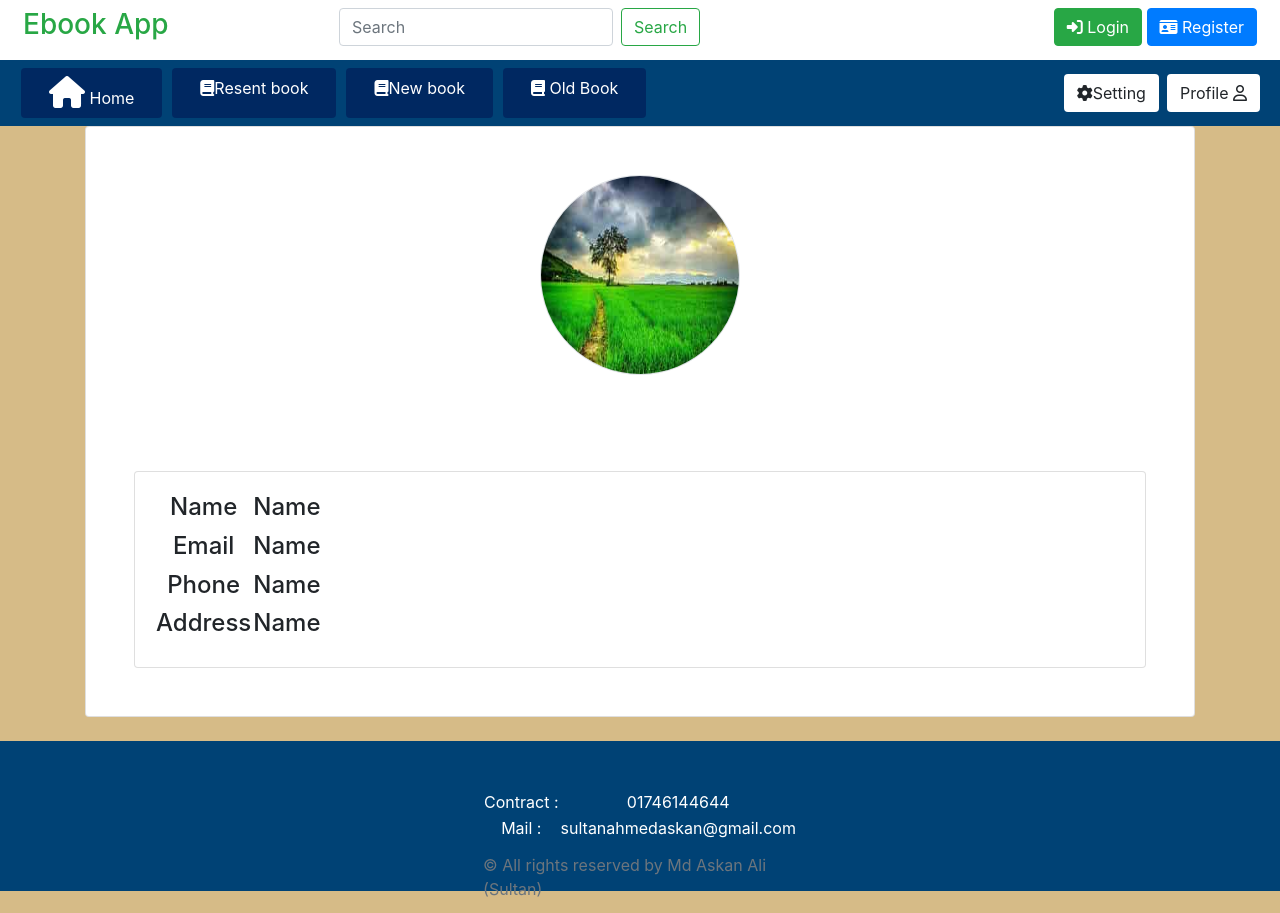
Repository: sultanaskan/EbookApp
Page: http://localhost/ebook/profile.jsp
An editor plug-in stored every save of this project. The page is shown before and after the next save, followed by the edit.
The browser window is 1280 px wide. The pictures show the whole page.
The page is served by Tomcat 9. Other server files are loaded and not shown.

Above is the page before, as saved 2024-05-06 08:10:05.

### ebook/src/main/webapp/profile.jsp
<%@page import="com.entity.Cart"%>
<%@page import="com.entity.Book"%>
<%@page import="java.util.List"%>
<%@page import="com.DAO.DBconn"%>
<%@ page language="java" contentType="text/html; charset=UTF-8"
	pageEncoding="UTF-8"%>

<%@ taglib prefix="c" uri="http://java.sun.com/jsp/jstl/core"%>
<%@ page isELIgnored="false"%>

<!DOCTYPE html>
<html>
<head>
<meta charset="UTF-8">
<title>New Book:</title>
<%@include file="components/allcss.jsp"%>


</head>
<body>
	<%@include file="components/navbar.jsp"%>


	<div class="container">
		<div class="card text-center">

			<div class="m-5">
				<img height="200px" width="200px"
					class="rounded-circle border w-5 h-5 r " alt=""
					src="data:[embedded picture, 7115 characters]">

			</div>

			<div
				class="text-center  p-5 justify-content-center align-item-center">

				<div class="card text-enter">
					<div class="card-body col-6">
						<table class="p-5">
							<tr>
								<td><h4>Name</h4></td>
								<td><h4>Name</h4></td>
							</tr>
							<tr>
								<td><h4>Email</h4></td>
								<td><h4>Name</h4></td>
							</tr>
							<tr>
								<td><h4>Phone</h4></td>
								<td><h4>Name</h4></td>
							</tr>
							<tr>
								<td><h4>Address</h4></td>
								<td><h4>Name</h4></td>
							</tr>
						</table>
					</div>
				</div>
			</div>




		</div>

	</div>



	<br>









	<%@include file="components/footer.jsp"%>
</body>
</html>

### ebook/src/main/webapp/components/allcss.jsp
<script
	src="https://cdn.jsdelivr.net/npm/jquery@3.5.1/dist/jquery.slim.min.js"></script>
<script
	src="https://cdn.jsdelivr.net/npm/popper.js@1.16.1/dist/umd/popper.min.js"></script>
<script
	src="D:/All projects/java web/EbookApp/src/main/webapp/components/bootstrap-4.6.2-dist/js/bootstrap.min.js"></script>

<link rel="stylesheet"
	href="https://cdn.jsdelivr.net/npm/bootstrap@4.6.2/dist/css/bootstrap.min.css">
<script
	src="https://cdn.jsdelivr.net/npm/bootstrap@4.6.2/dist/js/bootstrap.bundle.min.js"></script>
<link rel="stylesheet"
	href="https://cdnjs.cloudflare.com/ajax/libs/font-awesome/6.4.2/css/all.min.css" />

<link rel="stylesheet" href="components/style.css">

### ebook/src/main/webapp/components/navbar.jsp
<%@page import="java.sql.Connection"%>
<%@page import="com.db.Database"%>
<%@page import="com.entity.user"%>
<%@page import="com.DAO.DAOImpl"%>
<%@page import="com.DAO.DBconn"%>
<%@include file="jstl.jsp" %>


<% Connection conn =new Database().Dbconn(); %>


<div class="container-fluid bg-white  " style="min-height: 60px">
	<div class="row p-2">
		<div class="col-md-3">
			<h3 class="text-success float-left">Ebook App</h3>
		</div>
		<div class=" col-md-5">
			<form class="form-inline my-2 my-lg-0">
				<input class="form-control mr-sm-2" type="search"
					placeholder="Search" aria-label="Search">
				<button class="btn btn-outline-success my-2 my-sm-0" type="submit">Search</button>
			</form>
		</div>

		<c:if test="${not empty  logedin }">
			<div class="col-md-4  text-right">
				<a href="profile.jsp" class="btn btn-primary "><i
					class="fa-regular fa-user"></i> Profile</a>
				<button data-toggle="modal" data-target="#exampleModal"
					class="btn btn-danger ">
					<i class="fa-solid fa-right-from-bracket"></i> Logout
				</button>
			</div>
		</c:if>

		<c:if test="${empty logedin}">
			<div class="col-md-4  text-right">
				<a href="login.jsp" class="btn btn-success "><i
					class="fa-solid fa-right-to-bracket "></i> Login</a> <a
					href="register.jsp" class="btn btn-primary "><i
					class="fa-solid fa-id-card"></i> Register</a>
			</div>
		</c:if>


	</div>
</div>



<nav class="navbar navbar-expand-lg navbar-dark  sticky-top"
	style="background: #004275">
	<button class="navbar-toggler" type="button" data-toggle="collapse"
		data-target="#navbarSupportedContent"
		aria-controls="navbarSupportedContent" aria-expanded="false"
		aria-label="Toggle navigation">
		<span class="navbar-toggler-icon"></span>
	</button>
	<div class="row collapse navbar-collapse" id="navbarSupportedContent">
		<div class=" col-md-7 float-left ">
			<ul class="navbar-nav mr-auto">
				<li class="nav-item active"><a class="nav-link"
					href="index.jsp"> <i class="fa-solid fa-house fa-2x"></i> Home
				</a></li>
				<li class="nav-item active"><a class="nav-link"
					href="resentbook.jsp"> <i class="fa-solid fa-book"></i>Resent
						book
				</a></li>
				<li class="nav-item  active"><a class="nav-link"
					href="newbook.jsp"> <i class="fa-solid fa-book"></i>New book
				</a></li>
				<li class="nav-item active"><a class="nav-link "
					href="oldbook.jsp"> <i class="fa-solid fa-book"></i> Old Book
				</a></li>
			</ul>
		</div>

		<div class="col-md-5 ">
			<a class=" float-right btn bg-white mx-1" href="#">Profile <i
				class="fa-regular fa-user"></i>
			</a> <a href="setting.jsp" class=" float-right btn bg-white mx-1"
				href="#"><i class="fa-solid fa-gear"></i>Setting </a>




			<c:if test="${not empty logedin }">

				<%
				DAOImpl daoNav = new DAOImpl(conn);
				user uNav = (user) session.getAttribute("logedin");
				int uidNav = uNav.getUid();
				int totalCarts = daoNav.getCartsCountByUid(uidNav);
				System.out.println("total Carts is: " + totalCarts);
				%>

				<a href="cart.jsp" class="float-right  btn bg-white mx-1"
					href="#"> <i class="fa-solid fa-cart-arrow-down"></i> <sup
					style="font-size: 15px; width: 250px"
					class="bg-danger rounded text-white"> <%=totalCarts%>
				</sup>
				</a>
			</c:if>


		</div>

	</div>
</nav>





<!-- Modal -->
<div class="modal fade" id="exampleModal" tabindex="-1"
	aria-labelledby="exampleModalLabel" aria-hidden="true">
	<div class="modal-dialog">
		<div class="modal-content">
			<div class="modal-header">
				<h5 class="modal-title" id="exampleModalLabel">warning !</h5>
				<button type="button" class="close" data-dismiss="modal"
					aria-label="Close">
					<span aria-hidden="true">&times;</span>
				</button>
			</div>
			<div class="modal-body">Are you sure you want to logout?</div>
			<div class="modal-footer">
				<button type="button" class="btn btn-secondary" data-dismiss="modal">No</button>
				<a href="Logout" type="button" class="btn btn-primary">Yes</a>
			</div>
		</div>
	</div>
</div>

### ebook/src/main/webapp/components/jstl.jsp
<%@ taglib prefix = "c" uri = "http://java.sun.com/jsp/jstl/core" %>
<%@  page isELIgnored="false" %>

### ebook/src/main/webapp/components/footer.jsp
<div class="container-fluid  text-center " style="height:150px; background:#004275">
	<div class="row text-center text-white pt-5 justify-content-center">


		<table>
		<caption>&copy All rights reserved by Md Askan Ali (Sultan)</caption>

		<tr>
		<td>Contract : </td>
		<td>01746144644</td>
		</tr>
		<tr>
		<td>Mail     : </td>
		<td>sultanahmedaskan@gmail.com</td>
		</tr>
		</table>
	</div>
</div>

### ebook/src/main/java/com/db/Database.java
package com.db;

import java.sql.Connection;
import java.sql.DriverManager;
import java.sql.SQLException;

public class Database{






	public Database() {
		super();
		// TODO Auto-generated constructor stub
	}

	public Connection Dbconn() {
		// TODO Auto-generated method stub
		Connection conn  = null;
		String url= "jdbc:mysql://localhost:3306/ebook";
		String user= "root";
		String password= "";

		try {
			Class.forName("com.mysql.cj.jdbc.Driver");
		} catch (ClassNotFoundException e) {
			// TODO Auto-generated catch block
			e.printStackTrace();
		}

		try {

			conn = DriverManager.getConnection(url,user, password);
		} catch (SQLException e) {
			// TODO Auto-generated catch block
			e.printStackTrace();
		}

		return conn;
	}


}

### ebook/src/main/webapp/components/style.css

body{
	background-color:#D6BB87;
}
.gcardbook{
	height: 135px;
	width: 100px;
}
.resentbook{
	background-color: rgba(132, 151, 134,0.4);
	border-radius: 10px;
}

.newbook{
	background-color: rgba(148, 124, 145,0.4);
	border-radius: 10px;
}

.oldbook{
	background-color: rgba(155, 152, 130,.4);
	border-radius: 10px;
}
.card {
	background-color: rgba(255, 255, 223,0.3);
	transition: 1s ease-in-out ;
}
.card{
	background-color: white;
}

.navbar ul li{
	padding-left: 20px;
	padding-right: 20px;
	background-color: rgba(0, 0, 68, .4);
	border-radius: 4px;
	margin-right: 5px;
	margin-left: 5px;
}

.navbar ul li:hover {
	background-color:rgb(128, 0, 128);
	transition: .3s ease-in-out;
	color:rgb(0, 0, 64) !important;
	border-radius: 4px;

}

After the next save:
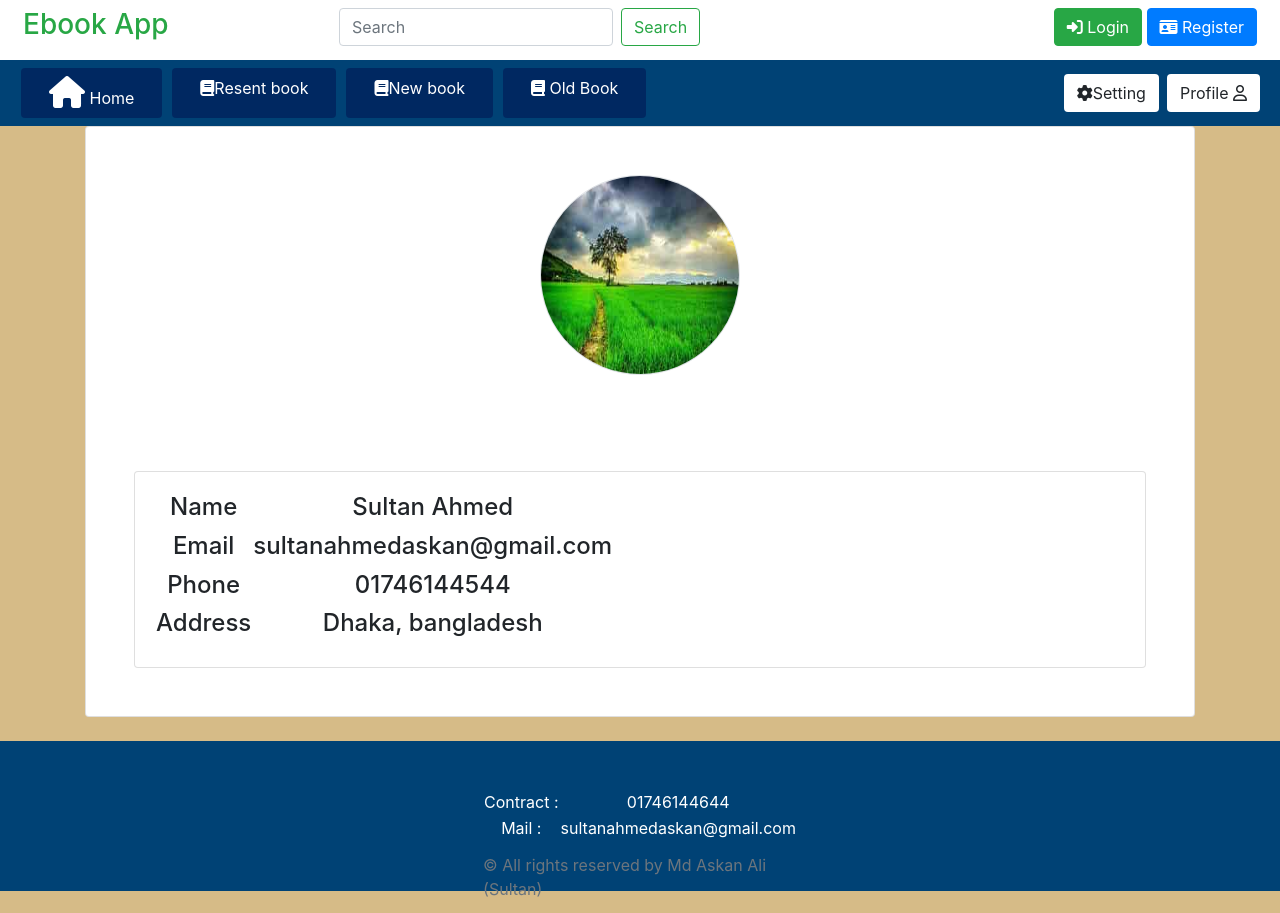
Saved 64 s later.
--- a/ebook/src/main/webapp/profile.jsp
+++ b/ebook/src/main/webapp/profile.jsp
@@ -39,19 +39,19 @@
 						<table class="p-5">
 							<tr>
 								<td><h4>Name</h4></td>
-								<td><h4>Name</h4></td>
+								<td><h4>Sultan Ahmed</h4></td>
 							</tr>
 							<tr>
 								<td><h4>Email</h4></td>
-								<td><h4>Name</h4></td>
+								<td><h4>sultanahmedaskan@gmail.com</h4></td>
 							</tr>
 							<tr>
 								<td><h4>Phone</h4></td>
-								<td><h4>Name</h4></td>
+								<td><h4>01746144544</h4></td>
 							</tr>
 							<tr>
 								<td><h4>Address</h4></td>
-								<td><h4>Name</h4></td>
+								<td><h4>Dhaka, bangladesh</h4></td>
 							</tr>
 						</table>
 					</div>
